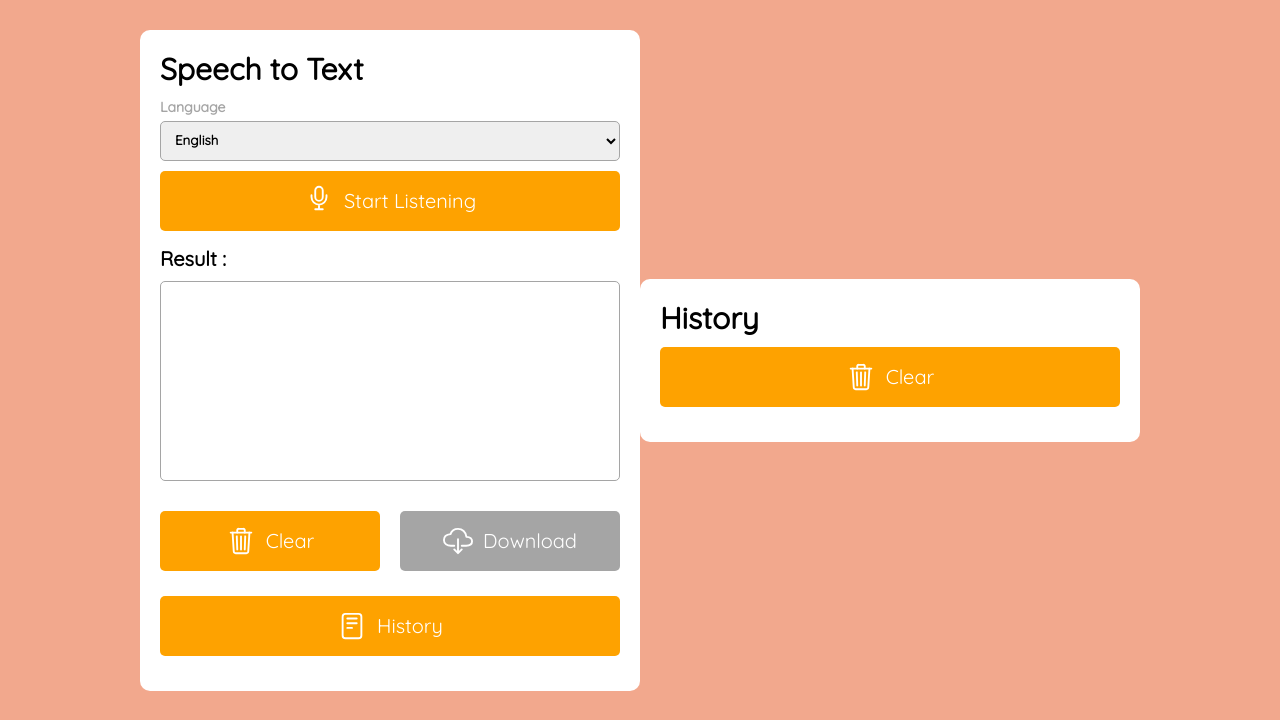
Repository: tsthuy/SpeechToText
Page: index.html
An editor plug-in stored every save of this project. The page is shown before and after the next save, followed by the edit.
The browser window is 1280 px wide. The pictures show the whole page.

Above is the page before, as saved 2023-08-28 03:59:02.

### index.html
<!DOCTYPE html>
<html lang="en">
  <head>
    <meta charset="UTF-8" />
    <meta http-equiv="X-UA-Compatible" content="IE=edge" />
    <meta name="viewport" content="width=device-width, initial-scale=1.0" />
    <link href="./images/icon.png" rel="shortcut icon" type="image/vnd.microsoft.icon" />
    <link rel="stylesheet" href="style.css" />
    <link href='https://fonts.googleapis.com/css?family=Quicksand' rel='stylesheet'>
    <title>Speech to Text</title>
  </head>
  <body>
    <div class="container">
      <p class="heading">Speech to Text</p>
      <div class="options">
        <div>
          <p>Language</p>
          <select name="input-language" id="language"></select>
        </div>
      </div>
      <button class="btn record">
        <div class="icon">
          <ion-icon name="mic-outline"></ion-icon>
          <img src="record.svg" alt="" />
        </div>
        <p>Start Listening</p>
      </button>
      <p class="heading receive">Result :</p>
      <div
        class="result"
        spellcheck="false"
        placeholder="Text will be shown here"
      >
        <p class="interim"></p>
      </div>
      <div class="buttons">
        <button class="btn clear">
          <ion-icon name="trash-outline"></ion-icon>
          <p>Clear</p>
        </button>
        <button class="btn download" disabled>
          <ion-icon name="cloud-download-outline"></ion-icon>
          <p>Download</p>
        </button>
      </div>
      <div class="buttons">
        <button class="btn store">
          <ion-icon name="reader-outline"></ion-icon>
          <p>History</p>
        </button>

      </div>
    </div>
    <div class="container">
      <p class="heading">History</p>
      <div id="savedTexts"></div>
      <button class="btn clear">
        <ion-icon name="trash-outline"></ion-icon>
        <p>Clear</p>
    </div>

    <!-- ion-icon -->
    <script
      type="module"
      src="https://unpkg.com/ionicons@5.5.2/dist/ionicons/ionicons.esm.js"
    ></script>
    <script
      nomodule
      src="https://unpkg.com/ionicons@5.5.2/dist/ionicons/ionicons.js"
    ></script>

    <!-- languages-->
    <script src="languages.js"></script>

    <!-- script -->
    <script src="script.js"></script>
  </body>
</html>

### style.css

:root {
  --primary-color: #FEA200;
  --bg-color: #fff;
  --text-color: #000;
  --light-text-color: #a5a5a5;
  --body-bg-color: #F2A88D;
}
* {
  margin: 0;
  padding: 0;
  box-sizing: border-box;
  font-family: "Quicksand", sans-serif;
}
body {
  min-height: 100vh;
  display: flex;
  align-items: center;
  justify-content: center;
  background-color: var(--body-bg-color);
  color: var(--text-color);
}
.container {
  width: 500px;
  padding: 20px;
  border-radius: 10px;
  background-color: var(--bg-color);
}
.container .heading {
  font-size: 30px;
  font-weight: 800;
  margin-bottom: 10px;
}
.container .receive
{
  font-size: 20px;
}
.container .options select {
  width: 100%;
  padding: 10px;
  border: 1px solid var(--light-text-color);
  border-radius: 5px;
  outline: none;
}
.container .options div:not(:last-child) select {
  margin-bottom: 20px;
}
#language
{
  font-weight: 800;
}
.container .options p {
  font-size: 14px;
  font-weight: 600;
  margin-bottom: 5px;
  color: var(--light-text-color);
}
.btn {
  display: flex;
  align-items: center;
  justify-content: center;
  gap: 10px;
  margin-top: 10px;
  margin-bottom: 15px;
  height: 60px;
  padding: 20px;
  width: 100%;
  outline: none;
  border: none;
  border-radius: 5px;
  font-size: 20px;
  font-weight: 500;
  cursor: pointer;
  color: #fff;
  background-color: var(--primary-color);
}
.btn ion-icon {
  font-size: 30px;
}
.btn:disabled {
  background-color: var(--light-text-color);
  cursor: not-allowed;
}

.container .record img {
  width: 30px;
  height: 30px;
  display: none;
}
.container .record.recording img {
  display: block;
}
.container .record.recording ion-icon {
  display: none;
}
.container .result {
  width: 100%;
  min-height: 200px;
  padding: 10px;
  border: 1px solid var(--light-text-color);
  border-radius: 5px;
  font-size: 18px;
  font-weight: 500;
  margin-bottom: 20px;
  color: var(--text-color);
}
.container .result p {
  display: inline;
  margin-left: 3px;
  color: var(--light-text-color);
}
.buttons {
  display: flex;
  gap: 20px;
}

### languages.js
const languages = [
  {
    no: "16",
    name: "English",
    native: "English",
    code: "en",
  },
  {
    no: "1",
    name: "Afrikaans",
    native: "Afrikaans",
    code: "af",
  },
  {
    no: "2",
    name: "Albanian",
    native: "Shqip",
    code: "sq",
  },
  {
    no: "3",
    name: "Arabic",
    native: "عربي",
    code: "ar",
  },
  {
    no: "4",
    name: "Armenian",
    native: "Հայերէն",
    code: "hy",
  },
  {
    no: "5",
    name: "Azerbaijani",
    native: "آذربایجان دیلی",
    code: "az",
  },
  {
    no: "6",
    name: "Basque",
    native: "Euskara",
    code: "eu",
  },
  {
    no: "7",
    name: "Belarusian",
    native: "Беларуская",
    code: "be",
  },
  {
    no: "8",
    name: "Bulgarian",
    native: "Български",
    code: "bg",
  },
  {
    no: "9",
    name: "Catalan",
    native: "Català",
    code: "ca",
  },
  {
    no: "10",
    name: "Chinese (Simplified)",
    native: "中文简体",
    code: "zh-CN",
  },
  {
    no: "11",
    name: "Chinese (Traditional)",
    native: "中文繁體",
    code: "zh-TW",
  },
  {
    no: "12",
    name: "Croatian",
    native: "Hrvatski",
    code: "hr",
  },
  {
    no: "13",
    name: "Czech",
    native: "Čeština",
    code: "cs",
  },
  {
    no: "14",
    name: "Danish",
    native: "Dansk",
    code: "da",
  },
  {
    no: "15",
    name: "Dutch",
    native: "Nederlands",
    code: "nl",
  },
  {
    no: "17",
    name: "Estonian",
    native: "Eesti keel",
    code: "et",
  },
  {
    no: "18",
    name: "Filipino",
    native: "Filipino",
    code: "tl",
  },
  {
    no: "19",
    name: "Finnish",
    native: "Suomi",
    code: "fi",
  },
  {
    no: "20",
    name: "French",
    native: "Français",
    code: "fr",
  },
  {
    no: "21",
    name: "Galician",
    native: "Galego",
    code: "gl",
  },
  {
    no: "22",
    name: "Georgian",
    native: "ქართული",
    code: "ka",
  },
  {
    no: "23",
    name: "German",
    native: "Deutsch",
    code: "de",
  },
  {
    no: "24",
    name: "Greek",
    native: "Ελληνικά",
    code: "el",
  },
  {
    no: "25",
    name: "Haitian Creole",
    native: "Kreyòl ayisyen",
    code: "ht",
  },
  {
    no: "26",
    name: "Hebrew",
    native: "עברית",
    code: "iw",
  },
  {
    no: "27",
    name: "Hindi",
    native: "हिन्दी",
    code: "hi",
  },
  {
    no: "28",
    name: "Hungarian",
    native: "Magyar",
    code: "hu",
  },
  {
    no: "29",
    name: "Icelandic",
    native: "Íslenska",
    code: "is",
  },
  {
    no: "30",
    name: "Indonesian",
    native: "Bahasa Indonesia",
    code: "id",
  },
  {
    no: "31",
    name: "Irish",
    native: "Gaeilge",
    code: "ga",
  },
  {
    no: "32",
    name: "Italian",
    native: "Italiano",
    code: "it",
  },
  {
    no: "33",
    name: "Japanese",
    native: "日本語",
    code: "ja",
  },
  {
    no: "34",
    name: "Korean",
    native: "한국어",
    code: "ko",
  },
  {
    no: "35",
    name: "Latvian",
    native: "Latviešu",
    code: "lv",
  },
  {
    no: "36",
    name: "Lithuanian",
    native: "Lietuvių kalba",
    code: "lt",
  },
  {
    no: "37",
    name: "Macedonian",
    native: "Македонски",
    code: "mk",
  },
  {
    no: "38",
    name: "Malay",
    native: "Malay",
    code: "ms",
  },
  {
    no: "39",
    name: "Maltese",
    native: "Malti",
    code: "mt",
  },
  {
    no: "40",
    name: "Norwegian",
    native: "Norsk",
    code: "no",
  },
  {
    no: "41",
    name: "Persian",
    native: "فارسی",
    code: "fa",
  },
  {
    no: "42",
    name: "Polish",
    native: "Polski",
    code: "pl",
  },
  {
    no: "43",
    name: "Portuguese",
    native: "Português",
    code: "pt",
  },
  {
    no: "44",
    name: "Romanian",
    native: "Română",
    code: "ro",
  },
  {
    no: "45",
    name: "Russian",
    native: "Русский",
    code: "ru",
  },
  {
    no: "46",
    name: "Serbian",
    native: "Српски",
    code: "sr",
  },
  {
    no: "47",
    name: "Slovak",
    native: "Slovenčina",
    code: "sk",
  },
  {
    no: "48",
    name: "Slovenian",
    native: "Slovensko",
    code: "sl",
  },
  {
    no: "49",
    name: "Spanish",
    native: "Español",
    code: "es",
  },
  {
    no: "50",
    name: "Swahili",
    native: "Kiswahili",
    code: "sw",
  },
  {
    no: "51",
    name: "Swedish",
    native: "Svenska",
    code: "sv",
  },
  {
    no: "52",
    name: "Thai",
    native: "ไทย",
    code: "th",
  },
  {
    no: "53",
    name: "Turkish",
    native: "Türkçe",
    code: "tr",
  },
  {
    no: "54",
    name: "Ukrainian",
    native: "Українська",
    code: "uk",
  },
  {
    no: "55",
    name: "Urdu",
    native: "اردو",
    code: "ur",
  },
  {
    no: "56",
    name: "Vietnamese",
    native: "Tiếng Việt",
    code: "vi",
  },
  {
    no: "57",
    name: "Welsh",
    native: "Cymraeg",
    code: "cy",
  },
  {
    no: "58",
    name: "Yiddish",
    native: "ייִדיש",
    code: "yi",
  },
];

### script.js
const recordBtn = document.querySelector(".record"),
  result = document.querySelector(".result"),
  downloadBtn = document.querySelector(".download"),
  inputLanguage = document.querySelector("#language"),
  clearBtn = document.querySelector(".clear");

let SpeechRecognition =
    window.SpeechRecognition || window.webkitSpeechRecognition,
  recognition,
  recording = false;

function populateLanguages() {
  languages.forEach((lang) => {
    const option = document.createElement("option");
    option.value = lang.code;
    option.innerHTML = lang.name;
    inputLanguage.appendChild(option);
  });
}

populateLanguages();

function speechToText() {
  try {
    recognition = new SpeechRecognition();
    recognition.lang = inputLanguage.value;
    recognition.interimResults = true;
    recordBtn.classList.add("recording");
    recordBtn.querySelector("p").innerHTML = "Listening...";
    recognition.start();
    recognition.onresult = (event) => {
      const speechResult = event.results[0][0].transcript;
      //detect when intrim results
      if (event.results[0].isFinal) {
        result.innerHTML += " " + speechResult;
        result.querySelector("p").remove();
      } else {
        //creative p with class interim if not already there
        if (!document.querySelector(".interim")) {
          const interim = document.createElement("p");
          interim.classList.add("interim");
          result.appendChild(interim);
        }
        //update the interim p with the speech result
        document.querySelector(".interim").innerHTML = " " + speechResult;
      }
      downloadBtn.disabled = false;
    };
    recognition.onspeechend = () => {
      speechToText();
    };
    recognition.onerror = (event) => {
      stopRecording();
      if (event.error === "no-speech") {
        alert("No speech was detected. Stopping...");
      } else if (event.error === "audio-capture") {
        alert(
          "No microphone was found. Ensure that a microphone is installed."
        );
      } else if (event.error === "not-allowed") {
        alert("Permission to use microphone is blocked.");
      } else if (event.error === "aborted") {
        alert("Listening Stopped.");
      } else {
        alert("Error occurred in recognition: " + event.error);
      }
    };
  } catch (error) {
    recording = false;

    console.log(error);
  }
}

recordBtn.addEventListener("click", () => {
  if (!recording) {
    speechToText();
    recording = true;
  } else {
    stopRecording();
  }
});

function stopRecording() {
  recognition.stop();
  recordBtn.querySelector("p").innerHTML = "Start Listening";
  recordBtn.classList.remove("recording");
  recording = false;
}

function download() {
  const text = result.innerText;
  const filename = "speech.txt";

  const element = document.createElement("a");
  element.setAttribute(
    "href",
    "data:text/plain;charset=utf-8," + encodeURIComponent(text)
  );
  element.setAttribute("download", filename);
  element.style.display = "none";
  document.body.appendChild(element);
  element.click();
  document.body.removeChild(element);
}

downloadBtn.addEventListener("click", download);

clearBtn.addEventListener("click", () => {
  result.innerHTML = "";
  downloadBtn.disabled = true;
});

After the next save:
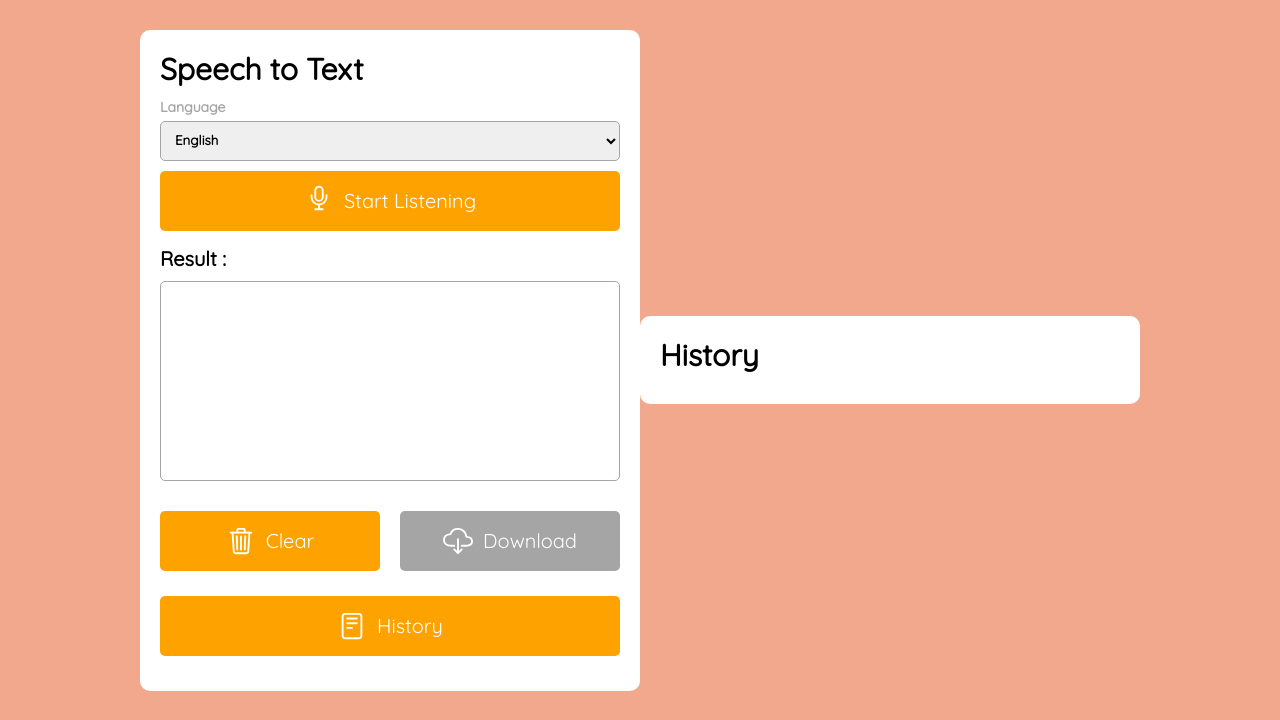
Saved 28 s later.
--- a/index.html
+++ b/index.html
@@ -54,10 +54,7 @@
     <div class="container">
       <p class="heading">History</p>
       <div id="savedTexts"></div>
-      <button class="btn clear">
-        <ion-icon name="trash-outline"></ion-icon>
-        <p>Clear</p>
-    </div>
+
 
     <!-- ion-icon -->
     <script
